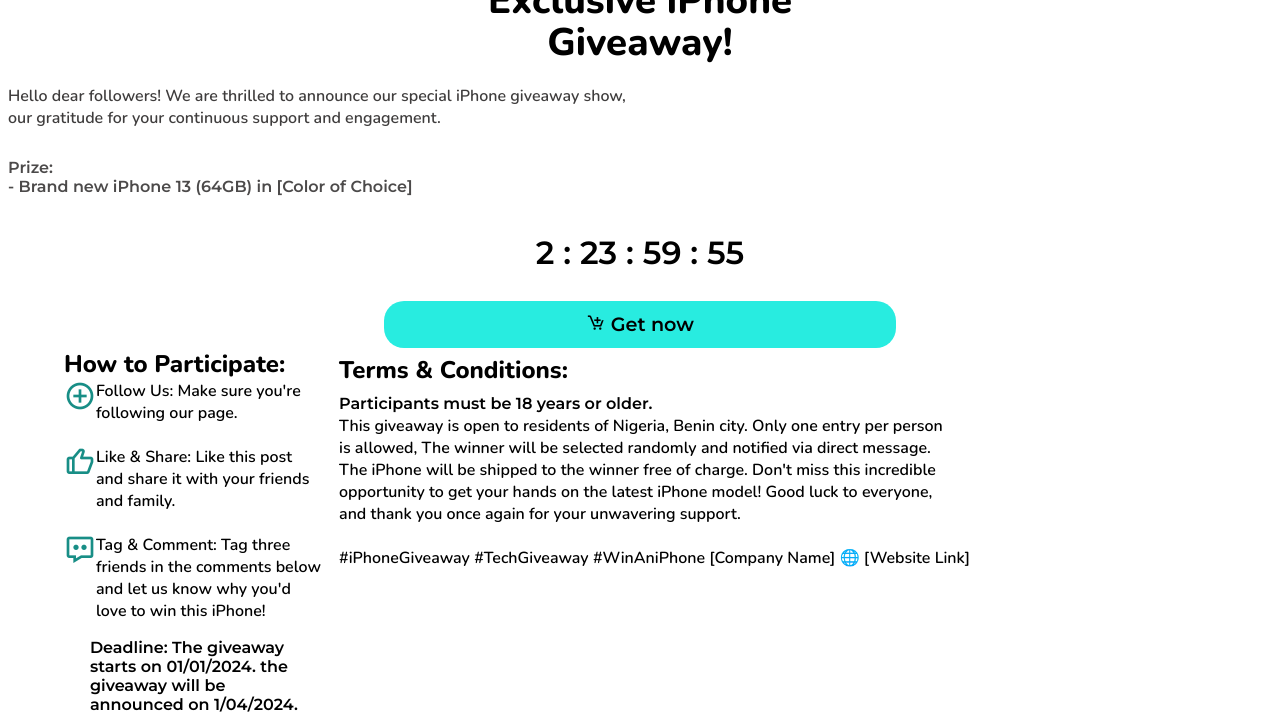
Repository: pasafista/freebie-iphone-webpage
Page: index.html
These files come from the project's save history. The page is drawn as it stood at one moment and after the next save; the edit follows.
The browser window is 1280 px wide. The pictures show the part of the page from y = 792 to 1506 px (the page is 1506 px tall).
A picture or video elsewhere on the page could not be fetched, so the positions and the page height are approximate.

Above is the page before, as saved 2024-01-02 00:52:20.

After the next save:
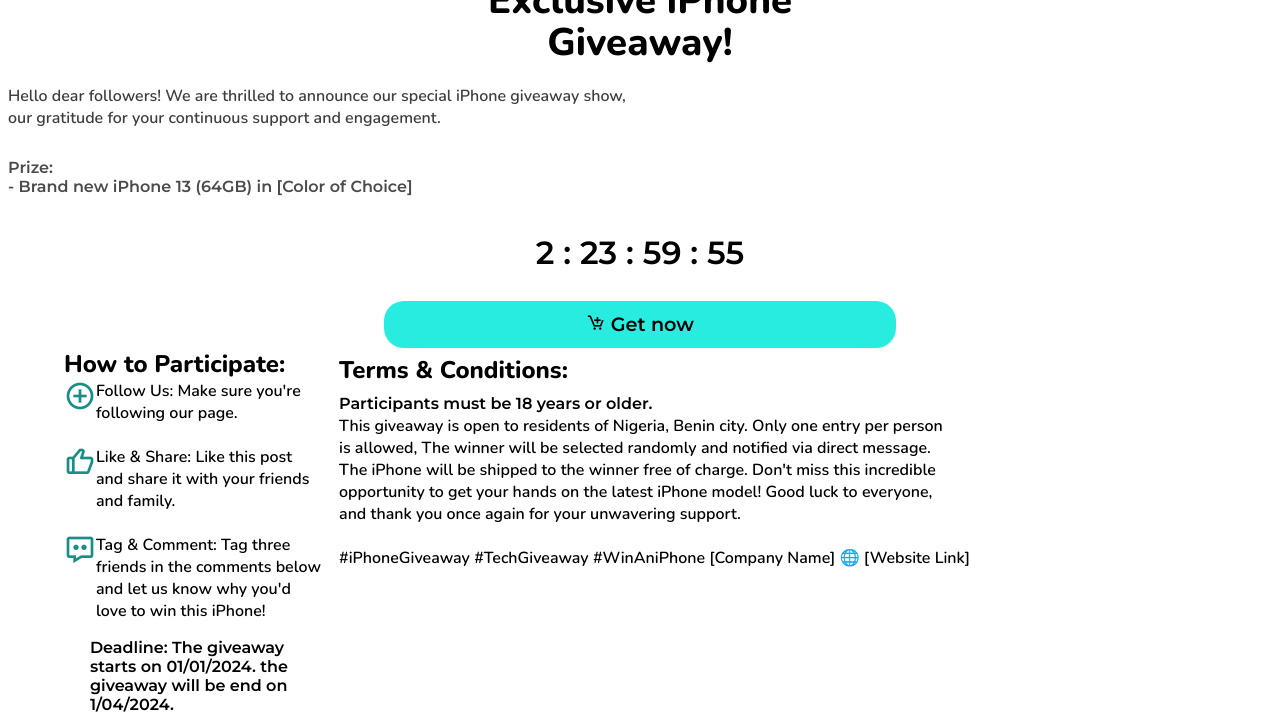
Saved 4 s later.
--- a/script.js
+++ b/script.js
@@ -56,5 +56,5 @@
 
     // Update the content of the info2 div
     var info2Div = document.querySelector('.info2');
-    info2Div.innerHTML = "Deadline: The giveaway starts on " + today + ". the giveaway will be announced on " + threeDaysFromNow + ".";
+    info2Div.innerHTML = "Deadline: The giveaway starts on " + today + ". the giveaway will be end on " + threeDaysFromNow + ".";
 });
